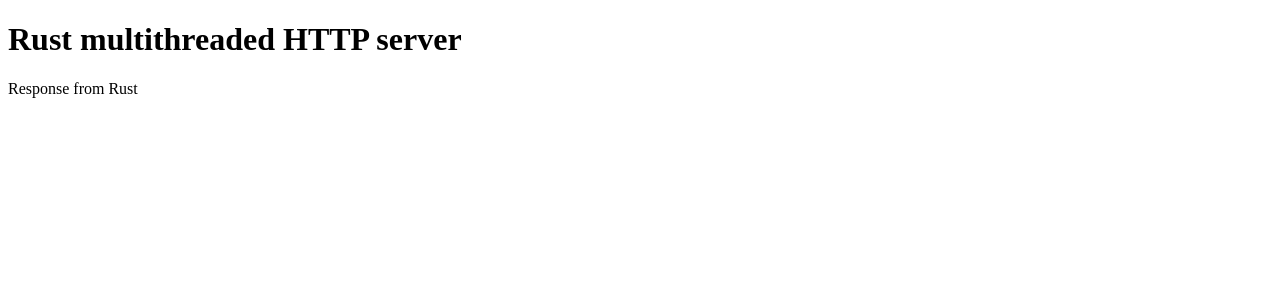
Repository: semsion/rust-multithreaded-http-server
Page: hello.html
An editor plug-in stored every save of this project. The page is shown before and after the next save, followed by the edit.
The browser window is 1280 px wide. The pictures show the whole page.

Above is the page before, as saved 2024-07-03 21:42:25.

### hello.html
<!DOCTYPE html>
<html lang="en">
  <head>
    <meta charset="utf-8">
    <title>Rust multithreaded HTTP server</title>
  </head>
  <body>
    <h1>Rust multithreaded HTTP server</h1>
    <p>Response from Rust</p>
  </body>
</html>

After the next save:
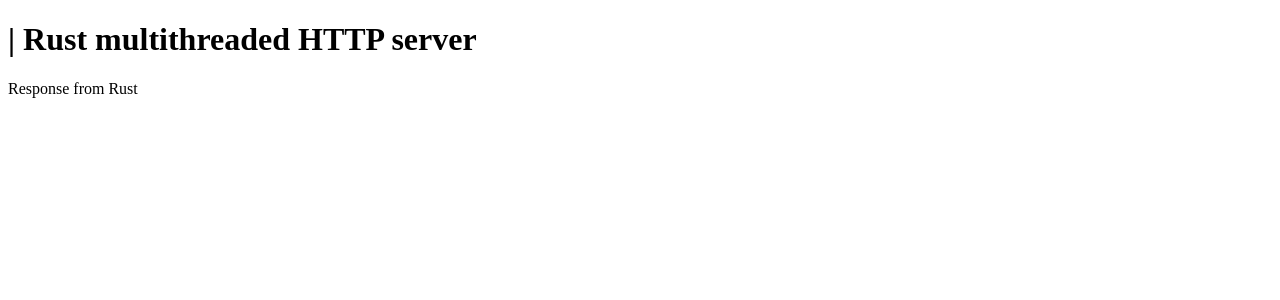
Saved 49 s later.
--- a/hello.html
+++ b/hello.html
@@ -5,7 +5,7 @@
     <title>Rust multithreaded HTTP server</title>
   </head>
   <body>
-    <h1>Rust multithreaded HTTP server</h1>
+    <h1>| Rust multithreaded HTTP server</h1>
     <p>Response from Rust</p>
   </body>
 </html>
